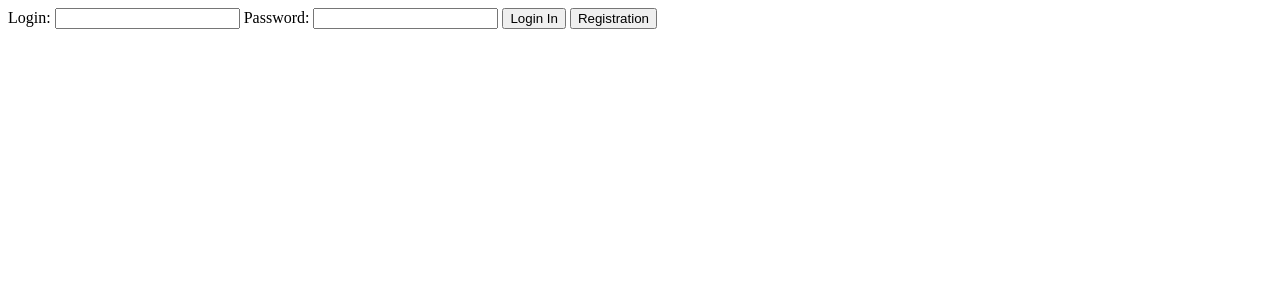
Repository: milosh-alexandr-by/ItAcademyJavaDeveloper
Page: http://localhost/HotelRequestSystem/ClientServlet.jsp
These files come from the project's save history. The page is drawn as it stood at one moment and after the next save; the edit follows.
The browser window is 1280 px wide. The pictures show the whole page.
The page is served by Tomcat 9. Other server files are loaded and not shown.

Above is the page before, as saved 2015-12-09 12:54:10.

### Project_WEB/HotelRequestSystem/WebContent/ClientServlet.jsp
<%@ page language="java" contentType="text/html; charset=UTF-8"
    pageEncoding="UTF-8"%>
<!DOCTYPE html PUBLIC "-//W3C//DTD HTML 4.01 Transitional//EN" "http://www.w3.org/TR/html4/loose.dtd">
<html>
<head>
<meta http-equiv="Content-Type" content="text/html; charset=UTF-8">
<title>Insert title here</title>
</head>
<body>

	<form action="HotelRequestSystem" method="GET">
		Login: <input type="text" name="login" />
		Password: <input type="text" name="password" />
		<input type="submit" name="enter" value="Login In">
		<input type="submit" name="register" value="Registration">
	</form>

</body>
</html>

After the next save:
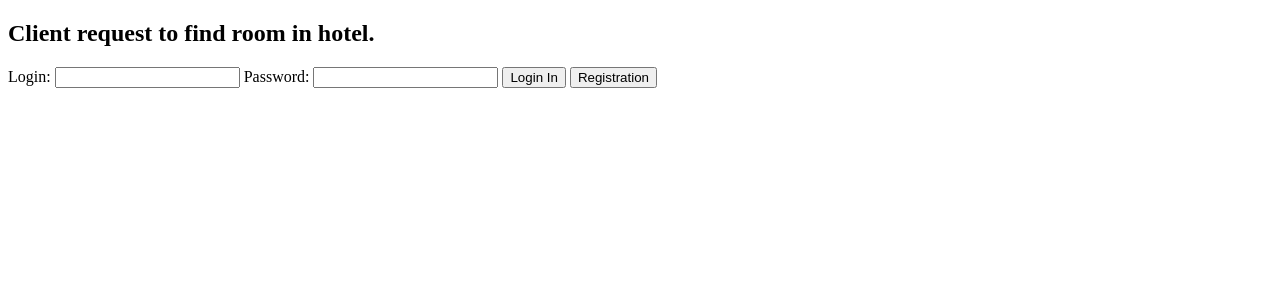
Saved 4 min 28 s later.
--- a/Project_WEB/HotelRequestSystem/WebContent/ClientServlet.jsp
+++ b/Project_WEB/HotelRequestSystem/WebContent/ClientServlet.jsp
@@ -8,6 +8,8 @@
 </head>
 <body>
 
+	<h2>Client request to find room in hotel.</h2>
+
 	<form action="HotelRequestSystem" method="GET">
 		Login: <input type="text" name="login" />
 		Password: <input type="text" name="password" />
